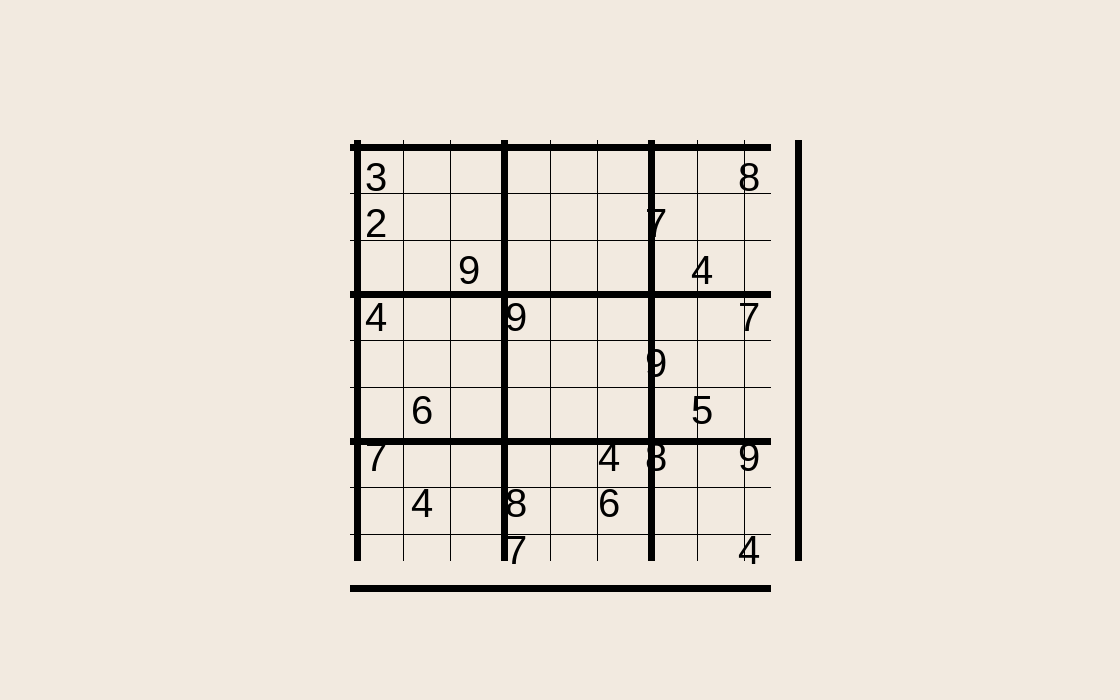
Repository: JensVL96/Puzzle-solver-for-fun
Script's output: python sudoku.py
The author's editor kept a copy of each file at every save. The script's output is drawn from the files as they stood at one save, then again after the next save.
The window is shown after at most 60 frames with no key pressed. A system font it names is replaced by a similar one. Random numbers start from a fixed seed.

Above is the script's output before, as saved 2020-11-07 16:38:33.

After the next save:
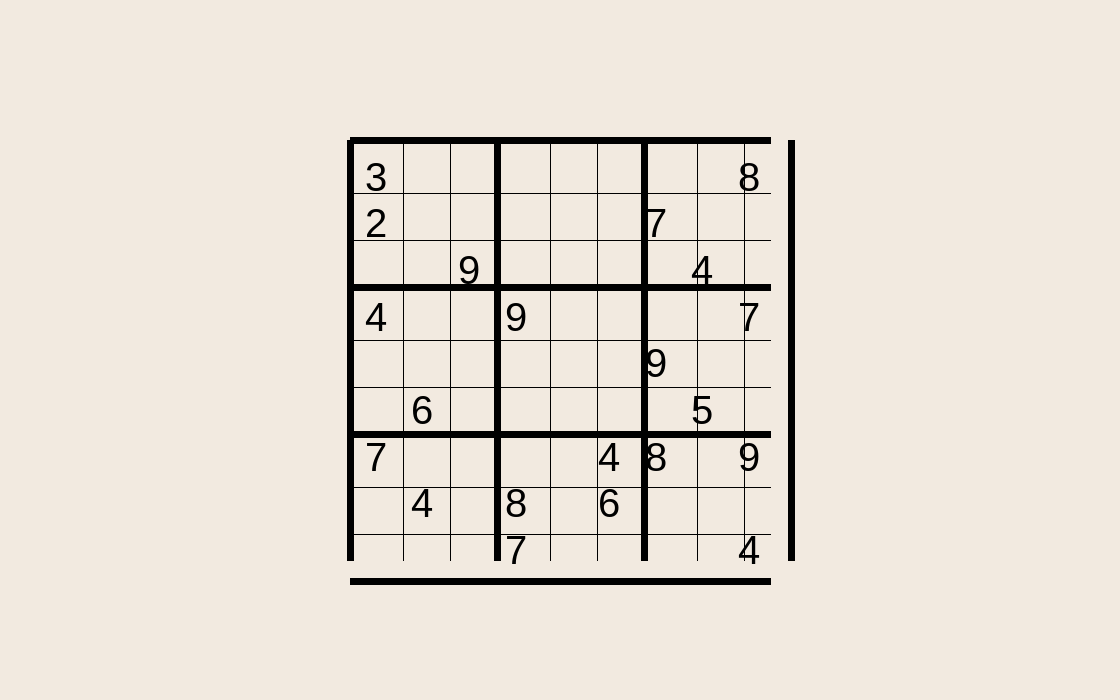
Saved 9 s later.
--- a/display_board.py
+++ b/display_board.py
@@ -35,7 +35,7 @@ class Display_board():
             else:
                 thick = 1
 
-            if (i+1) % 3 == 1:
+            if i % 3 == 1:
                 size +=7
 
             print("line: ", i, size)
